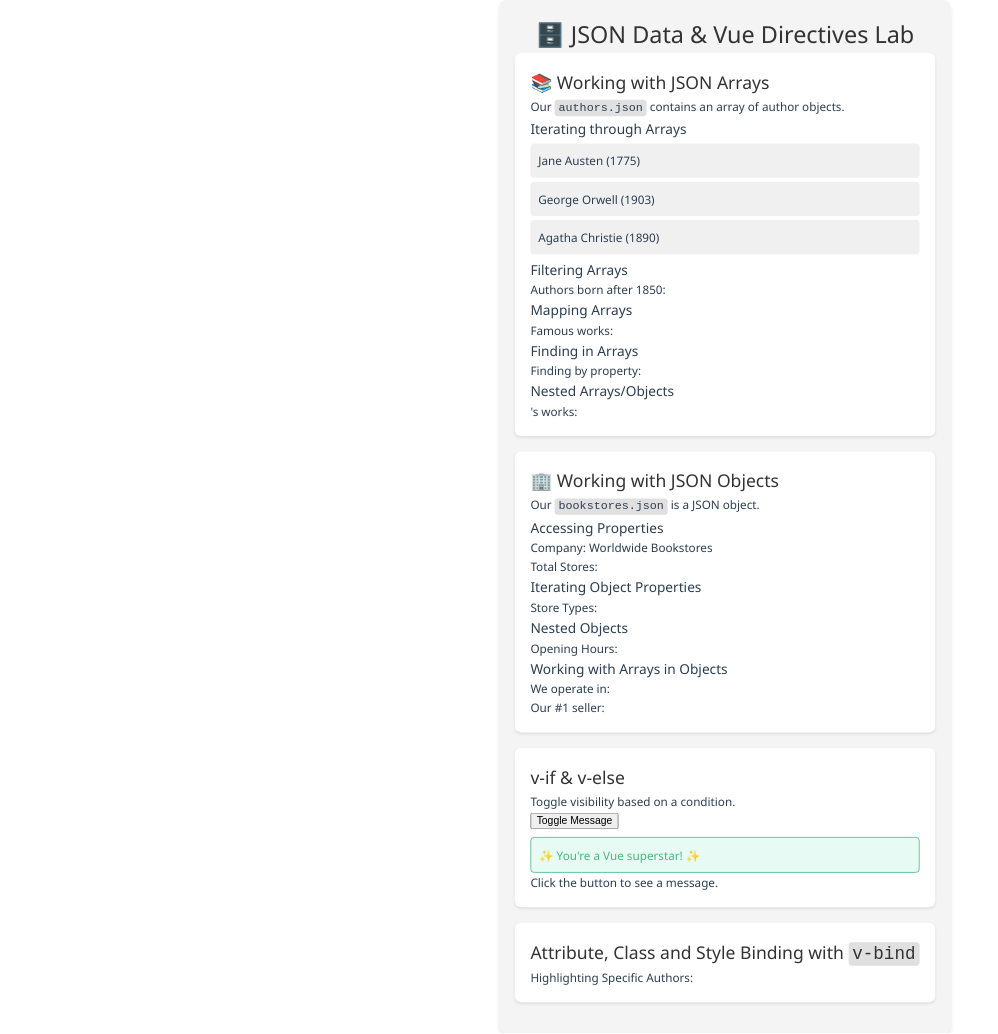
Repository: Andrew-JX/mji-library
Page: /
An editor plug-in stored every save of this project. The page is shown before and after the next save, followed by the edit.
The browser window is 1280 px wide. The pictures show the whole page, at 78% of full size.
The project was rebuilt for these pictures with package versions that can differ from the ones it lists, and the page was loaded fresh each time. Also part of the build but not shown: vite.config.js.

Above is the page before, as saved 2025-08-06 16:53:00.

### src/App.vue
<script setup>
import JSONView from "./components/JSON.vue";
</script>

<template>
  <header>
  </header>

  <main>
    <JSONView />
  </main>
</template>

<style scoped>
header {
  line-height: 1.5;
}

.logo {
  display: block;
  margin: 0 auto 2rem;
}

@media (min-width: 1024px) {
  header {
    display: flex;
    place-items: center;
    padding-right: calc(var(--section-gap) / 2);
  }

  .logo {
    margin: 0 2rem 0 0;
  }

  header .wrapper {
    display: flex;
    place-items: flex-start;
    flex-wrap: wrap;
  }
}
</style>

### src/components/JSON.vue
<!-- JSONLab.vue -->
<template>
  <div class="json-lab">
    <h1>🗄️ JSON Data & Vue Directives Lab</h1>

    <section class="lab-section">
      <h2>📚 Working with JSON Arrays</h2>
      <p>Our <code>authors.json</code> contains an array of author objects.</p>

      <h3>Iterating through Arrays</h3>
      <!-- Activity 6: Render a list containing author names and their birth years. Hint: Make use of the v-for directive to iterate through the array of authors. -->
      <!-- TODO: CODE TO RENDER LIST OF AUTHORS HERE -->
      <ul>
        <li v-for="author in authors" :key="author.id">
          {{ author.name }} ({{ author.birthYear }})
        </li>
      </ul>
      <h3>Filtering Arrays</h3>
      <!-- Activity 7: Render a list containing authors born after 1850. Hint: Make use of the v-for directive to iterate through the array of authors that you have filtered out. -->
      <p>Authors born after 1850:</p>
      <!-- TODO: CODE TO RENDER LIST OF AUTHORS HERE -->
      <ul>
        <li v-for="author in modernAuthors" :key="author.id">
          {{ author.name }} ({{ author.birthYear }})
        </li>
      </ul>
      <h3>Mapping Arrays</h3>
      <p>Famous works:</p>
      <ul>
        <!-- Activity 8: Render a list of all famous works. Hint: Use the v-for directive to iterate through the array of authors that you have filtered out. -->
        <li v-for="work in allFamousWorks" :key="work">
          {{ work }}
        </li>
      </ul>

      <h3>Finding in Arrays</h3>
      <p>Finding by property: {{ orwell?.name }}</p>

      <h3>Nested Arrays/Objects</h3>
      <p>{{ austen?.name }}'s works:</p>
      <!-- Activity 9: Render a list of Austen's works. Hint: Use the v-for directive to iterate through the array of authors that you have filtered out. -->
      <!-- TODO: CODE TO RENDER LIST OF AUSTEN'S WORKS HERE -->
      <ul>
        <li v-for="work in austen?.famousWorks" :key="work.title">
          {{ work.title }} ({{ work.year }})
        </li>
      </ul>
    </section>

    <section class="lab-section">
      <h2>🏢 Working with JSON Objects</h2>
      <p>Our <code>bookstores.json</code> is a JSON object.</p>

      <h3>Accessing Properties</h3>
      <p>
        Company:
        <!-- Activity 9a: Get the company name from the bookstores object. -->
        <!-- TODO: CODE TO GET COMPANY NAME HERE -->
        {{ bookstores.name }}
      </p>

      <p>
        Total Stores:
        <!-- Activity 9b: Get the total number of stores from the bookstores object. -->
        <!-- TODO: CODE TO GET TOTAL STORES HERE -->
      </p>

      <h3>Iterating Object Properties</h3>
      <p>Store Types:</p>
      <!-- Activity 10: Iterate through the storeTypes array and display the store type and the number of stores that use that type. -->
      <!-- TODO: CODE TO RENDER LIST OF STORE TYPES HERE -->

      <h3>Nested Objects</h3>
      <p>Opening Hours:</p>
      <!-- Activity 11: Iterate through the openingHours object and display the day of the week and the opening and closing times. -->
      <!-- TODO: CODE TO RENDER LIST OF OPENING HOURS HERE -->

      <h3>Working with Arrays in Objects</h3>
      <!-- Activity 12: Get the top sellers from the bookstores object. -->
      <!-- TODO: CODE TO GET TOP SELLERS HERE -->
      <p>We operate in:</p>
      <p>Our #1 seller:</p>
    </section>

    <section class="lab-section">
      <h2>v-if & v-else</h2>
      <p>Toggle visibility based on a condition.</p>
      <!-- Activity 13: Toggle the message visibility when the button is clicked. -->
      <!-- TODO: CODE TO TOGGLE MESSAGE VISIBILITY HERE. Hint: Use the v-if directive. -->
      <button @click="showMessage = !showMessage">Toggle Message</button>
      <p class="message success">✨ You're a Vue superstar! ✨</p>
      <p>Click the button to see a message.</p>
    </section>

    <section class="lab-section">
      <h2>Attribute, Class and Style Binding with <code>v-bind</code></h2>
      <p>Highlighting Specific Authors:</p>

    </section>
  </div>
</template>

<script setup>
import { ref, computed } from "vue"
import authorsData from '../assets/json/authors.json'
import bookstoresData from '../assets/json/bookstores.json'
// Activity 1: Import JSON files (authors.json and bookstores.json)
// TODO: CODE TO IMPORT JSON FILES HERE
const authors = ref(authorsData)
const bookstores = ref(bookstoresData)
const showMessage = ref(false)

// Activity 2: Get authors born after 1850
const modernAuthors = computed(() => {
  // TODO: CODE TO FILTER ARRAY OF AUTHORS HERE
  authors.value.filter(author => author.birthYear > 1850)
})

// Activity 3: Get all famous works
const allFamousWorks = computed(() => {
  // TODO: CODE TO GET ALL FAMOUS WORKS HERE
  authors.value.flatMap(author => author.famousWorks.map(work => work.title))
})

// Activity 4: Find author by name
const orwell = computed(() => {
  // TODO: CODE TO FIND AUTHOR BY NAME HERE
  authors.value.find(author => author.name === 'George Orwell')
})

// Activity 5: Find author by ID
const austen = computed(() => {
  // TODO: CODE TO FIND AUTHOR BY ID HERE
  authors.value.find(author => author.id === 1)  // Jane Austen

})
</script>

<style scoped>
.json-lab {
  font-family: "Segoe UI", Tahoma, Geneva, Verdana, sans-serif;
  max-width: 80vw;
  margin: 0 auto;
  padding: 20px;
  background-color: #f4f4f4;
  border-radius: 10px;
  box-shadow: 0 4px 6px rgba(0, 0, 0, 0.1);
}

h1,
h2 {
  color: #333;
}

h1 {
  text-align: center;
}

.lab-section {
  background-color: white;
  padding: 20px;
  margin-bottom: 20px;
  border-radius: 8px;
  box-shadow: 0 2px 4px rgba(0, 0, 0, 0.1);
}

.message {
  padding: 10px;
  border-radius: 5px;
  margin-top: 10px;
}

.success {
  background-color: #e7faf3;
  color: #42b883;
  border: 1px solid #42b883;
}

.highlight {
  background-color: #42b883;
}

code {
  background-color: #e0e0e0;
  padding: 2px 5px;
  border-radius: 4px;
  font-family: "Courier New", Courier, monospace;
}

ul {
  list-style-type: none;
  padding: 0;
}

li {
  background-color: #f0f0f0;
  padding: 10px;
  margin: 5px 0;
  border-radius: 5px;
}
</style>

Loaded but not shown: index.html (common file); src/main.js (common file); src/assets/main.css (common file); src/assets/base.css (common file); src/assets/json/authors.json (common file); src/assets/json/bookstores.json (common file)

After the next save:
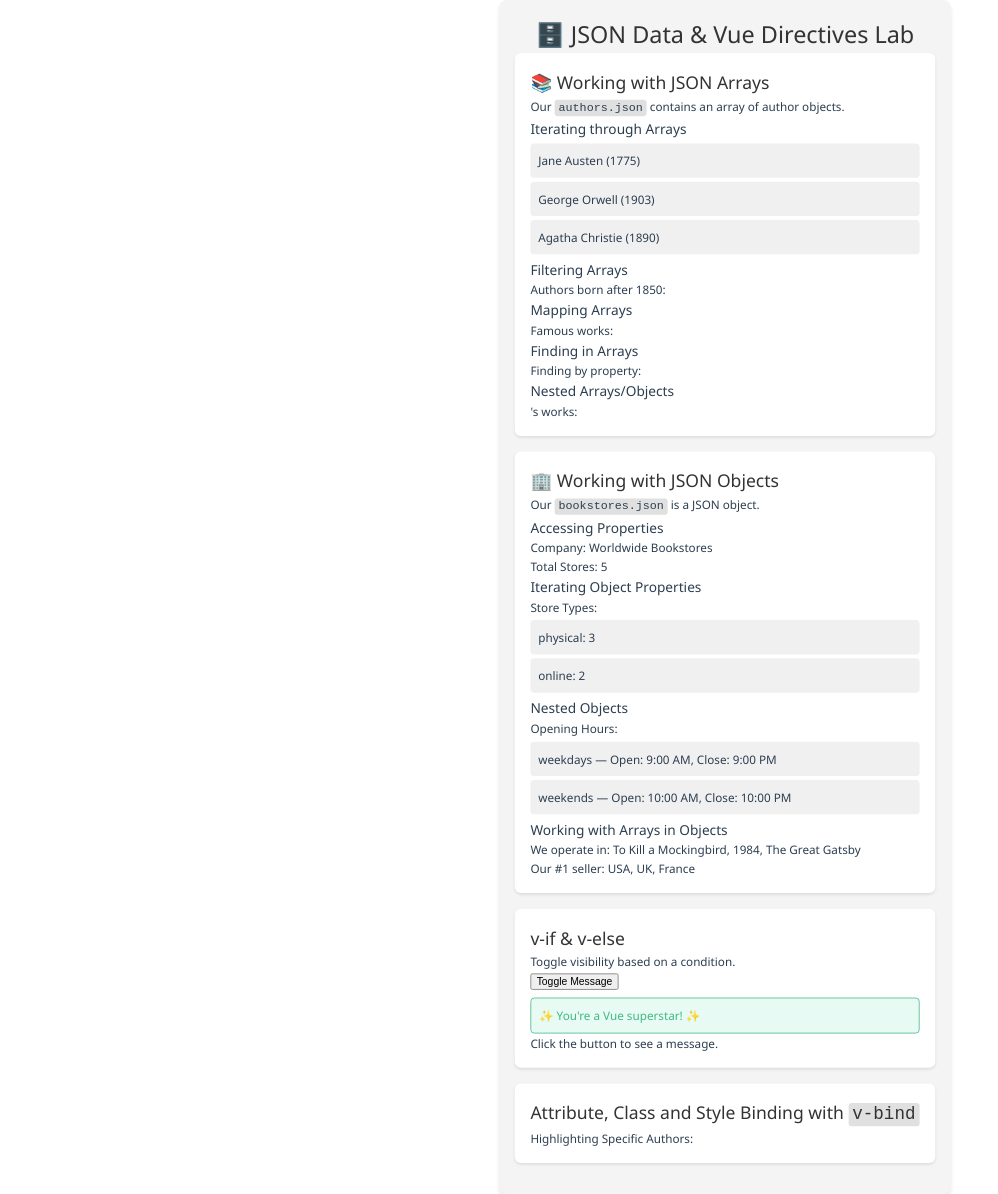
Saved 75 s later.
--- a/src/components/JSON.vue
+++ b/src/components/JSON.vue
@@ -63,23 +63,32 @@
         Total Stores:
         <!-- Activity 9b: Get the total number of stores from the bookstores object. -->
         <!-- TODO: CODE TO GET TOTAL STORES HERE -->
+        {{ bookstores.totalStores }}
       </p>
 
       <h3>Iterating Object Properties</h3>
       <p>Store Types:</p>
       <!-- Activity 10: Iterate through the storeTypes array and display the store type and the number of stores that use that type. -->
       <!-- TODO: CODE TO RENDER LIST OF STORE TYPES HERE -->
-
+      <ul>
+        <li v-for="(count, type) in bookstores.storeTypes" :key="type">
+          {{ type }}: {{ count }}
+        </li>
+      </ul>
       <h3>Nested Objects</h3>
       <p>Opening Hours:</p>
       <!-- Activity 11: Iterate through the openingHours object and display the day of the week and the opening and closing times. -->
       <!-- TODO: CODE TO RENDER LIST OF OPENING HOURS HERE -->
-
+      <ul>
+        <li v-for="(hours, day) in bookstores.openingHours" :key="day">
+          {{ day }} — Open: {{ hours.open }}, Close: {{ hours.close }}
+        </li>
+      </ul>
       <h3>Working with Arrays in Objects</h3>
       <!-- Activity 12: Get the top sellers from the bookstores object. -->
       <!-- TODO: CODE TO GET TOP SELLERS HERE -->
-      <p>We operate in:</p>
-      <p>Our #1 seller:</p>
+      <p>We operate in: {{ bookstores.topSellers.join(', ') }}</p>
+      <p>Our #1 seller: {{ bookstores.countries.join(', ') }}</p>
     </section>
 
     <section class="lab-section">
